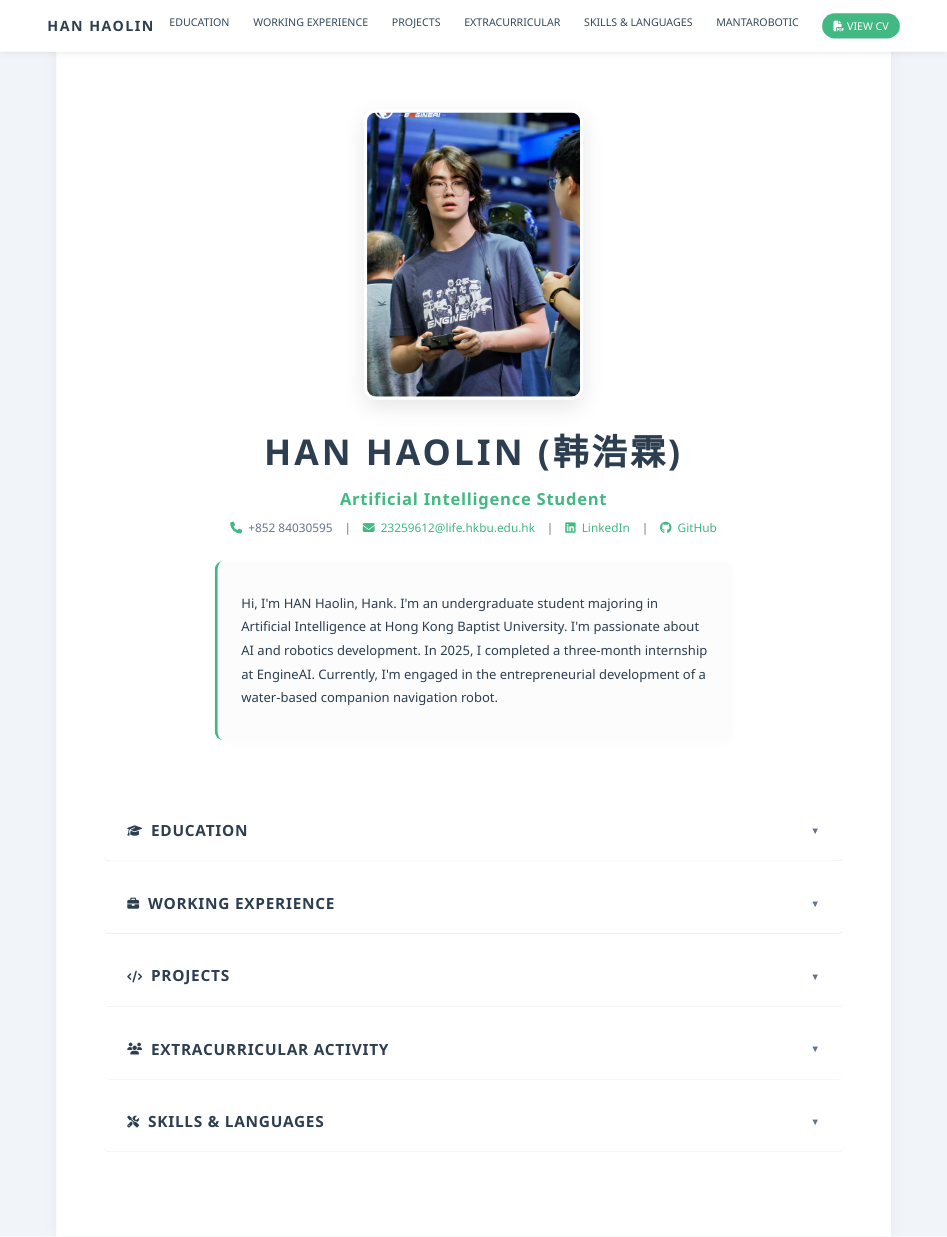
Repository: hhl2802149944-afk/hhl2802149944-afk.github.io
Page: /
An editor plug-in stored every save of this project. The page is shown before and after the next save, followed by the edit.
The browser window is 1280 px wide. The pictures show the whole page, at 74% of full size.
The project was rebuilt for these pictures with package versions that can differ from the ones it lists, and the page was loaded fresh each time. Also part of the build but not shown: vite.config.js, src/components/ProjectCard.vue, src/views/MantaRoboticView.vue.

Above is the page before, as saved 2026-01-21 15:39:31.

After the next save:
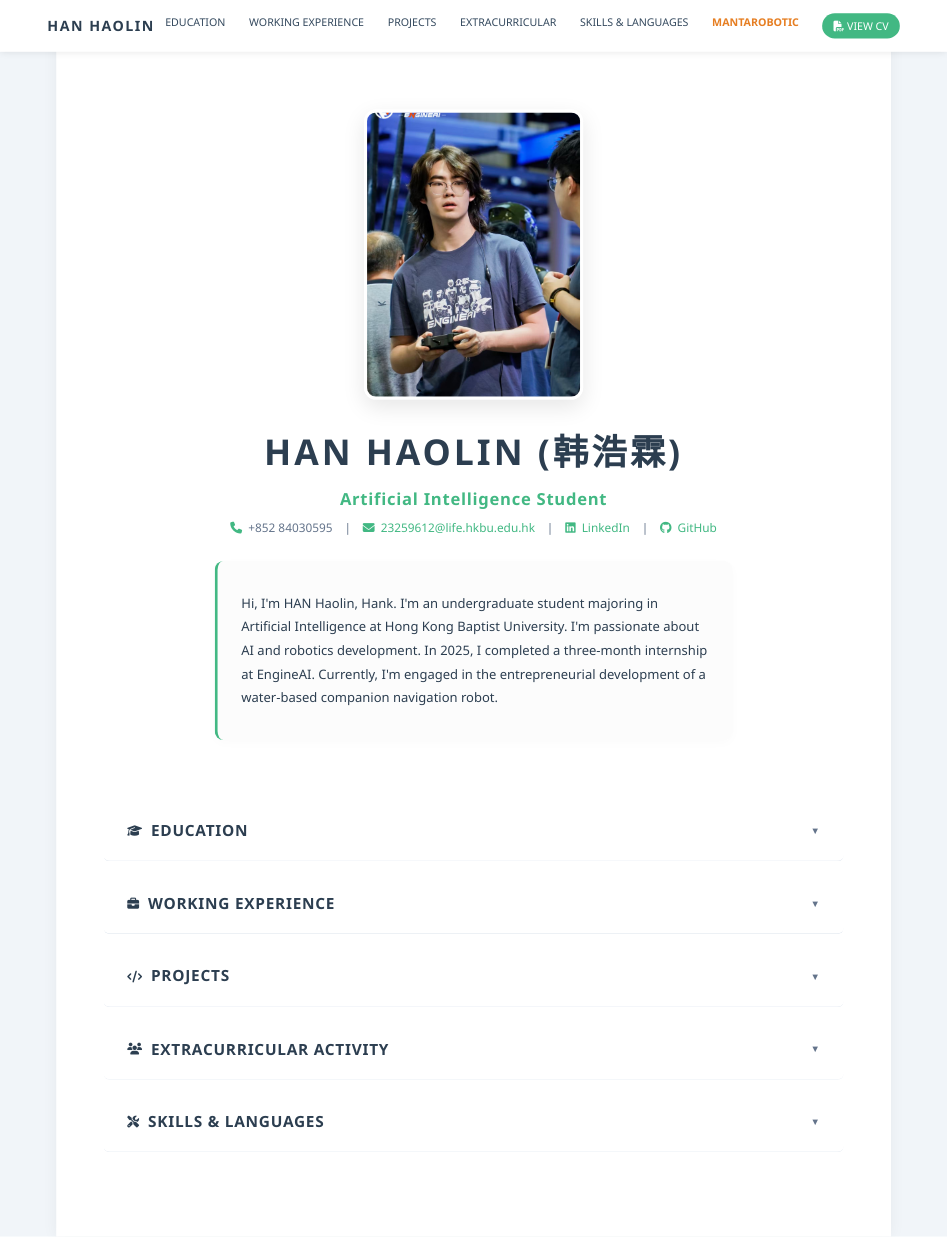
Saved 22 s later.
--- a/src/components/NavBar.vue
+++ b/src/components/NavBar.vue
@@ -117,6 +117,11 @@ const goToMantaRobotic = () => {
   color: var(--accent-color);
 }
 
+.nav-item.highlight {
+  color: #e67e22;
+  font-weight: bold;
+}
+
 .cv-button {
   background: var(--accent-color);
   color: white !important;
